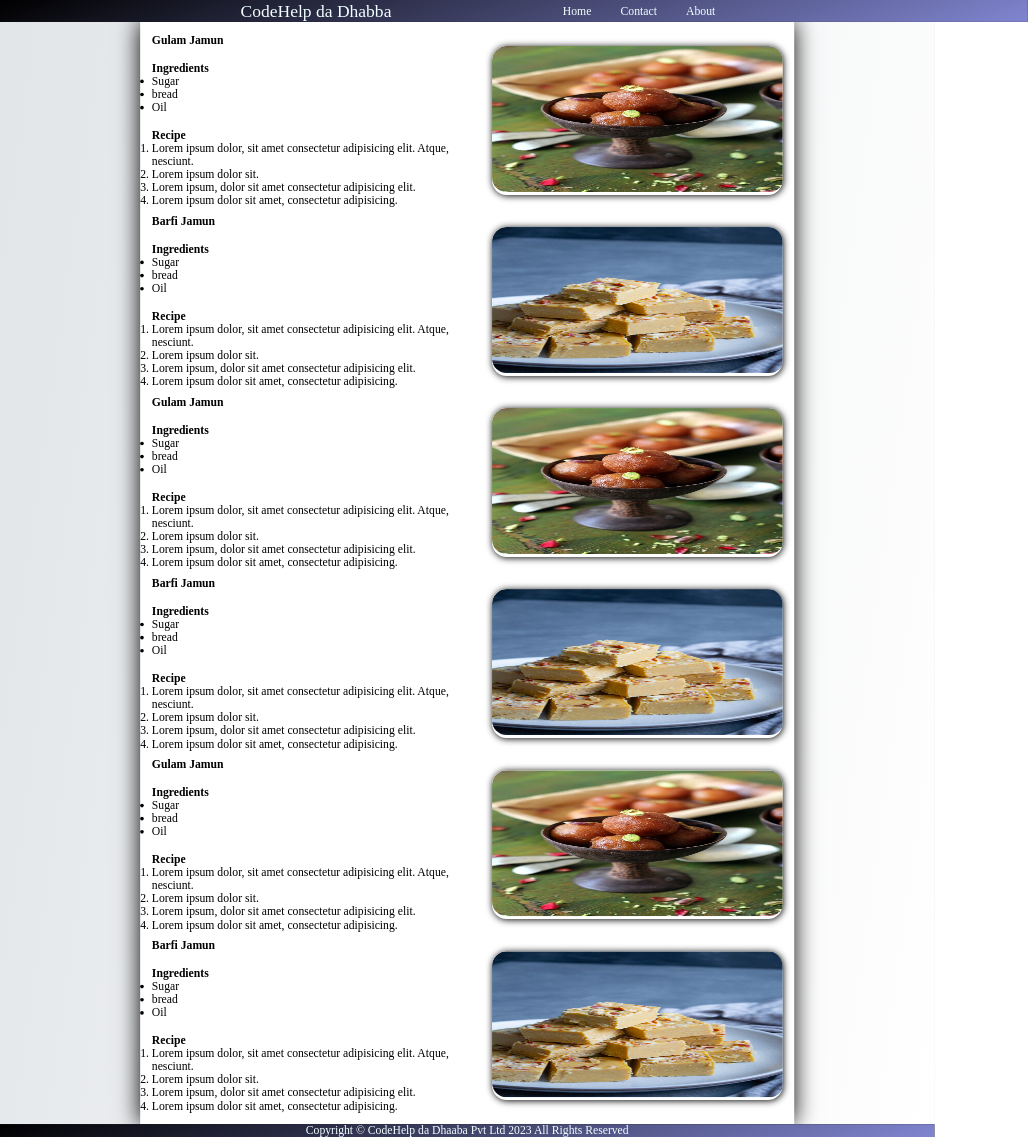
Repository: ssaddamhuss100/Recipe_Html_css
Page: index.html
These files come from the project's save history. The page is drawn as it stood at one moment and after the next save; the edit follows.
The browser window is 1280 px wide. The page is 1408 px wide, so the pictures cover 1408 px, including what lies to the right of the window. The pictures show the whole page, at 73% of full size.

Above is the page before, as saved 2024-12-12 11:00:08.

### index.html
<!DOCTYPE html>
<html lang="en">
<head>
    <meta charset="UTF-8">
    <meta http-equiv="X-UA-Compatible" content="IE=edge">
    <meta name="viewport" content="width=device-width, initial-scale=1.0">
    <title>Codehelp da Dhaaba</title>
    <link rel="stylesheet" href="style.css">
</head>
<body>

    <div class="container">

        <header>
            <div class="navContainer">
                <nav>
                    <ul id="navList">
                        <li>
                            <p id="navLogo">CodeHelp da Dhabba</p>
                        </li>
                        <li>
                            <div id="navItems">
                                <a href="#">Home</a>
                                <a href="#">Contact</a>
                                <a href="#">About</a>
                            </div>
                        </li>
                    </ul>
                </nav>
            </div>
        </header>

        <main>
            <div class="contentBox">
                <!-- item 1  -->
                <section>
                    <div class="item">
                        <div class="leftBox">
                            <!-- heaeding -->
                            <h2>Gulam Jamun</h2>

                            <div>
                                <h2>Ingredients</h2>
                                <ul class="ingBox">
                                    <li>Sugar</li>
                                    <li>bread</li>
                                    <li>Oil</li>
                                </ul>
                            </div>

                            <div>
                                <h2>Recipe</h2>
                                <ol class="recipeBox">
                                    <li>Lorem ipsum dolor, sit amet consectetur adipisicing elit. Atque, nesciunt.</li>
                                    <li>Lorem ipsum dolor sit.</li>
                                    <li>Lorem ipsum, dolor sit amet consectetur adipisicing elit.</li>
                                    <li>Lorem ipsum dolor sit amet, consectetur adipisicing.</li>
                                </ol>
                            </div>



                        </div>

                        <div class="rightBox">
                            <img
                                src="bread-gulab-jamun-recipe.jpg"
                            />
                            <div class="overlay">
                                <span> Click here to Buy</span>
                            </div>
                        </div>
                    </div>
                </section>

                <section>
                    <div class="item">
                        <div class="leftBox">
                            <!-- heaeding -->
                            <h2>Barfi Jamun</h2>

                            <div>
                                <h2>Ingredients</h2>
                                <ul>
                                    <li>Sugar</li>
                                    <li>bread</li>
                                    <li>Oil</li>
                                </ul>
                            </div>

                            <div>
                                <h2>Recipe</h2>
                                <ol>
                                    <li>Lorem ipsum dolor, sit amet consectetur adipisicing elit. Atque, nesciunt.</li>
                                    <li>Lorem ipsum dolor sit.</li>
                                    <li>Lorem ipsum, dolor sit amet consectetur adipisicing elit.</li>
                                    <li>Lorem ipsum dolor sit amet, consectetur adipisicing.</li>
                                </ol>
                            </div>



                        </div>
                        <div class="rightBox">
                            <img
                                src="Magaz-5-of-5-2-960x1440.jpg"
                            />
                        </div>
                    </div>
                </section>

                <section>
                    <div class="item">
                        <div class="leftBox">
                            <!-- heaeding -->
                            <h2>Gulam Jamun</h2>

                            <div>
                                <h2>Ingredients</h2>
                                <ul class="ingBox">
                                    <li>Sugar</li>
                                    <li>bread</li>
                                    <li>Oil</li>
                                </ul>
                            </div>

                            <div>
                                <h2>Recipe</h2>
                                <ol class="recipeBox">
                                    <li>Lorem ipsum dolor, sit amet consectetur adipisicing elit. Atque, nesciunt.</li>
                                    <li>Lorem ipsum dolor sit.</li>
                                    <li>Lorem ipsum, dolor sit amet consectetur adipisicing elit.</li>
                                    <li>Lorem ipsum dolor sit amet, consectetur adipisicing.</li>
                                </ol>
                            </div>



                        </div>

                        <div class="rightBox">
                            <img
                                src="bread-gulab-jamun-recipe.jpg"
                            />
                            <div class="overlay">
                                <span> Click here to Buy</span>
                            </div>
                        </div>
                    </div>
                </section>

                <section>
                    <div class="item">
                        <div class="leftBox">
                            <!-- heaeding -->
                            <h2>Barfi Jamun</h2>

                            <div>
                                <h2>Ingredients</h2>
                                <ul>
                                    <li>Sugar</li>
                                    <li>bread</li>
                                    <li>Oil</li>
                                </ul>
                            </div>

                            <div>
                                <h2>Recipe</h2>
                                <ol>
                                    <li>Lorem ipsum dolor, sit amet consectetur adipisicing elit. Atque, nesciunt.</li>
                                    <li>Lorem ipsum dolor sit.</li>
                                    <li>Lorem ipsum, dolor sit amet consectetur adipisicing elit.</li>
                                    <li>Lorem ipsum dolor sit amet, consectetur adipisicing.</li>
                                </ol>
                            </div>



                        </div>
                        <div class="rightBox">
                            <img
                                src="Magaz-5-of-5-2-960x1440.jpg"
                            />
                        </div>
                    </div>
                </section>

                <section>
                    <div class="item">
                        <div class="leftBox">
                            <!-- heaeding -->
                            <h2>Gulam Jamun</h2>

                            <div>
                                <h2>Ingredients</h2>
                                <ul class="ingBox">
                                    <li>Sugar</li>
                                    <li>bread</li>
                                    <li>Oil</li>
                                </ul>
                            </div>

                            <div>
                                <h2>Recipe</h2>
                                <ol class="recipeBox">
                                    <li>Lorem ipsum dolor, sit amet consectetur adipisicing elit. Atque, nesciunt.</li>
                                    <li>Lorem ipsum dolor sit.</li>
                                    <li>Lorem ipsum, dolor sit amet consectetur adipisicing elit.</li>
                                    <li>Lorem ipsum dolor sit amet, consectetur adipisicing.</li>
                                </ol>
                            </div>



                        </div>

                        <div class="rightBox">
                            <img
                                src="bread-gulab-jamun-recipe.jpg"
                            />
                            <div class="overlay">
                                <span> Click here to Buy</span>
                            </div>
                        </div>
                    </div>
                </section>

                <section>
                    <div class="item">
                        <div class="leftBox">
                            <!-- heaeding -->
                            <h2>Barfi Jamun</h2>

                            <div>
                                <h2>Ingredients</h2>
                                <ul>
                                    <li>Sugar</li>
                                    <li>bread</li>
                                    <li>Oil</li>
                                </ul>
                            </div>

                            <div>
                                <h2>Recipe</h2>
                                <ol>
                                    <li>Lorem ipsum dolor, sit amet consectetur adipisicing elit. Atque, nesciunt.</li>
                                    <li>Lorem ipsum dolor sit.</li>
                                    <li>Lorem ipsum, dolor sit amet consectetur adipisicing elit.</li>
                                    <li>Lorem ipsum dolor sit amet, consectetur adipisicing.</li>
                                </ol>
                            </div>



                        </div>
                        <div class="rightBox">
                            <img
                                src="Magaz-5-of-5-2-960x1440.jpg"
                            />
                        </div>
                    </div>
                </section>
            </div>
        </main>

        <footer>
           <div class="footerBox">
                <p>
                    Copyright  &copy; CodeHelp da Dhaaba Pvt Ltd 2023 All Rights Reserved
                </p>
           </div>
        </footer>


    </div>

</body>
</html>

### style.css
*{
    margin: 0;
    padding: 0;
    box-sizing: border-box;
}
.container{
    height: 100%;
    width: 100%;
    overflow-x: none;
    background-color: #e2e5e8;
    background-image: linear-gradient(98deg, #e2e5e8 0%, #ffffff 100%);

}

.navContainer{
    width: 110vw;
    /* background-color: rgba(113, 113, 154, 0.776);
    */
    background-color: #000000;
   background-image: linear-gradient(160deg, #000000 0%, #8085d0 100%);

    min-height: 30px;
    display: flex;
    justify-content: center;
    align-items: center;
    position: relative;
}
nav{
    width: 70%;
}
#navList{
    width: 90%;
    padding: 1px;

    list-style: none;
    font-size: 1rem;
    display: flex;
    justify-content: space-around;
    align-items: center;
}

#navLogo{
    font-size: 1.5rem;
    color: azure;
}

a{
    text-decoration: none;
    color: azure;
}
#navItems{
    display: flex;
    gap:40px;

}

footer{
    width: 100%;
}

.footerBox{
    background-color: #000000;
    background-image: linear-gradient(160deg, #000000 0%, #8085d0 100%);
    width: 100%;
    text-align: center;
    min-height: 10px;
}

.footerBox p {
    color: azure;
    font-size: 1rem;
}

.contentBox{
    width: 70%;
    margin: auto;
    background-color: white;
    display: flex;
    flex-direction: column;
    gap: 10px;
    padding: 1rem;
    box-shadow: 0px 0px 30px black;
}

.item{
    display: flex;
    justify-content: space-around;
    align-items: center;
}

.rightBox{
    position: relative;
    overflow: hidden;
    transition: all 0.3s linear 0s;
    box-shadow: 1px 1px 10px black;
    border-radius: 20px;
}

.rightBox img{
    height: 200px;
    width: 400px;
    border-radius: 20px;
    transition: all 0.6s linear 0s;
}

.rightBox:hover{
    transform: scale(1.1);
}

.leftBox{
    display: flex;
    flex-direction: column;
    gap: 20px;
}
.leftBox h2{
    font-size: 1rem;
}

.ingBox{
    font-size: 1rem;
}

.recipeBox{
    font-size: 1rem;
}

.rightBox .overlay{
    position: absolute;
    top: 0;
    left: 0;
    height: 100%;
    width: 100%;
    background-color: rgba(36, 34, 34, 0.713);
    border-radius: 20px;
    display: flex;
    align-items: center;
    justify-content: center;
    opacity: 0;
    transition: all 0.3s linear 0s;
}

.rightBox:hover .overlay{
    opacity: 1;
}

.rightBox .overlay span{
    color: white;
    font-size: 1.2rem;
}

After the next save:
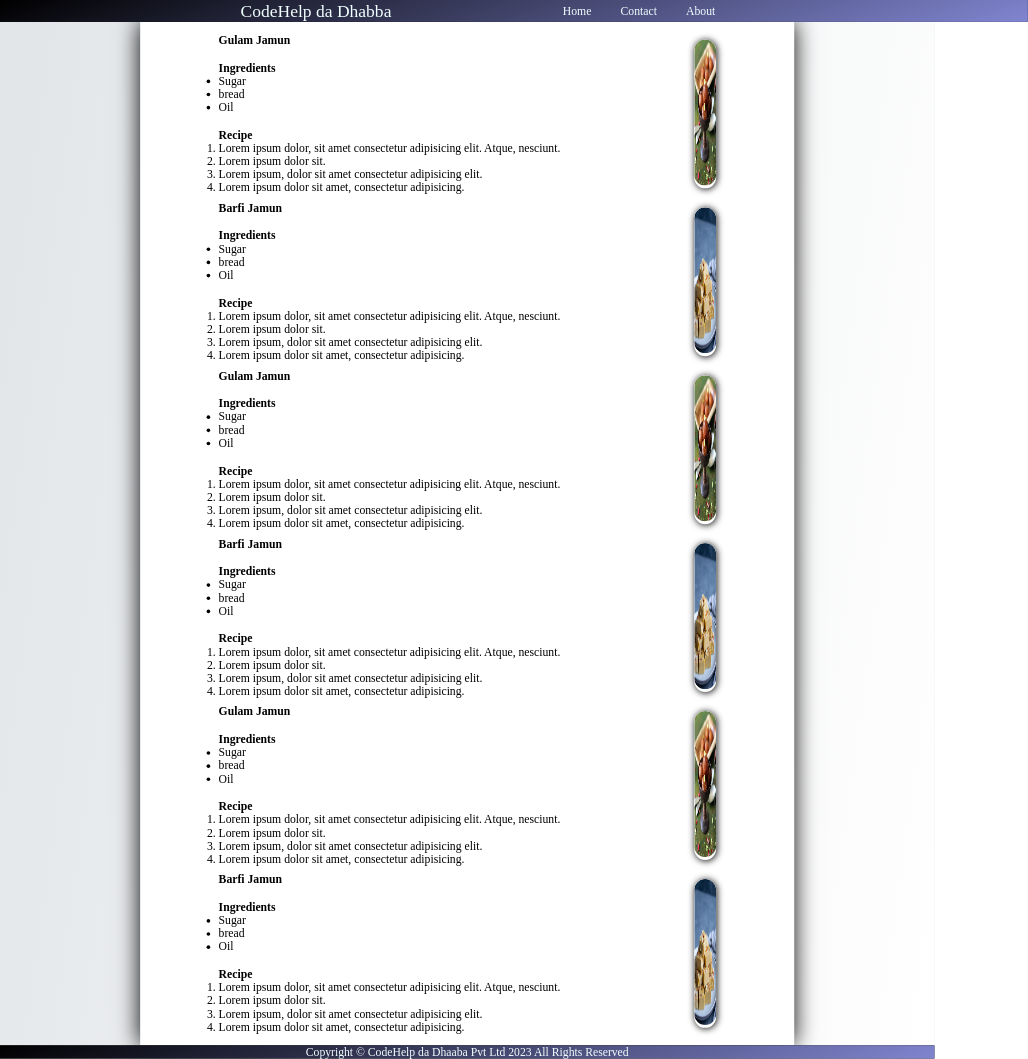
Saved 5 s later.
--- a/style.css
+++ b/style.css
@@ -98,7 +98,7 @@ footer{
 
 .rightBox img{
     height: 200px;
-    width: 400px;
+    width: 30px;
     border-radius: 20px;
     transition: all 0.6s linear 0s;
 }
